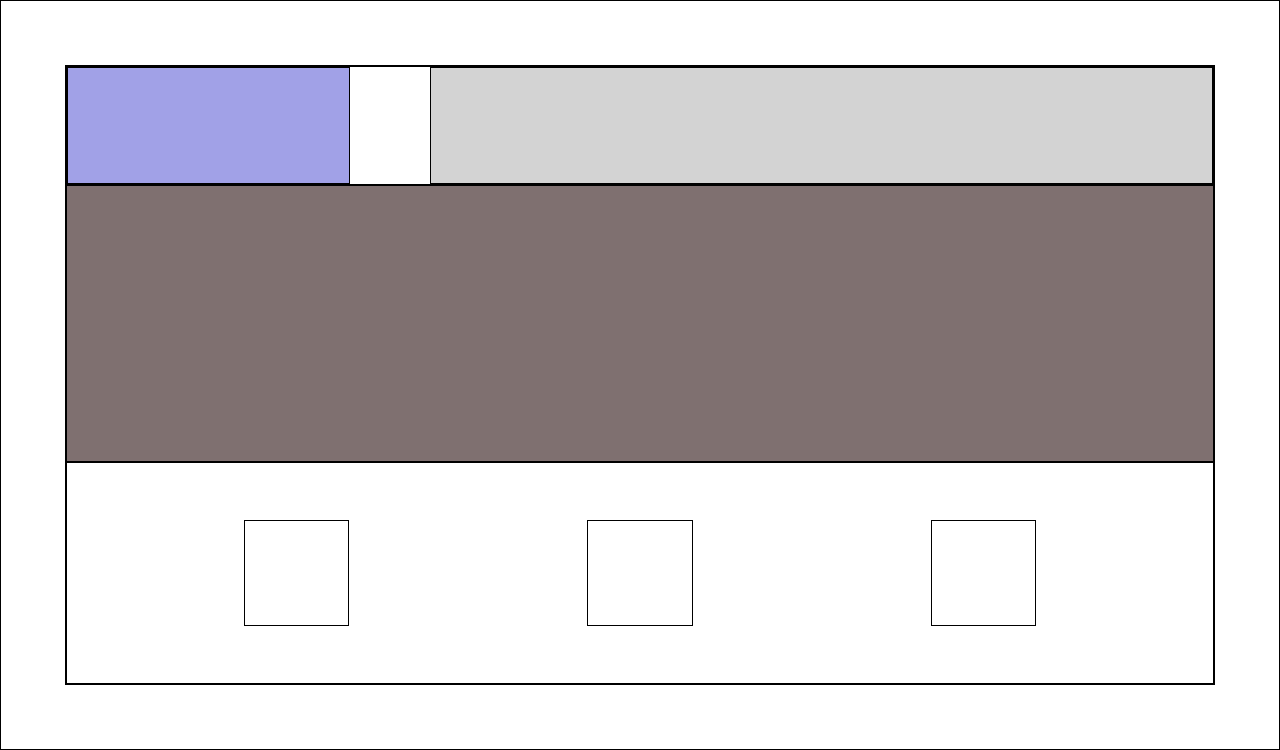
Repository: punitbathija/Placement-Assitance-iNeuron
Page: responsive-web-design.html
An editor plug-in stored every save of this project. The page is shown before and after the next save, followed by the edit.
The browser window is 1280 px wide. The pictures show the whole page.

Above is the page before, as saved 2023-05-23 13:39:33.

### responsive-web-design.html
<!DOCTYPE html>
<html lang="en">
  <head>
    <meta charset="UTF-8" />
    <meta http-equiv="X-UA-Compatible" content="IE=edge" />
    <meta name="viewport" content="width=device-width, initial-scale=1.0" />
    <title>Document</title>
  </head>
  <link rel="stylesheet" href="responsive-web-design.css" />
  <body>
    <main class="main">
      <nav class="nav">
        <div class="left"></div>
        <div class="right"></div>
      </nav>
      <section class="hero"></section>
      <section class="slidebar">
        <img class="image" />
        <img class="image" />
        <img class="image" />
      </section>
    </main>
  </body>
</html>

### responsive-web-design.css
body{
    padding: 0;
    margin: 0;
    border: 0;
}
*{
    padding: 5%;
    border: 1px solid black;
}

.main{
    padding: 0;
}

.nav{
    padding: 0%;
    display: flex;
    gap: 5em;
    padding: 0;
}

.left{
    flex: 1;
    background-color: rgb(161, 161, 231);
}

.right{
    flex: 4;
    background-color: lightgray;
}

.hero{
    padding: 12%;
    background-color: rgb(127, 112, 112);
}

.slidebar{
    display: flex;
    flex-wrap: wrap;
    justify-content: space-around;
}

After the next save:
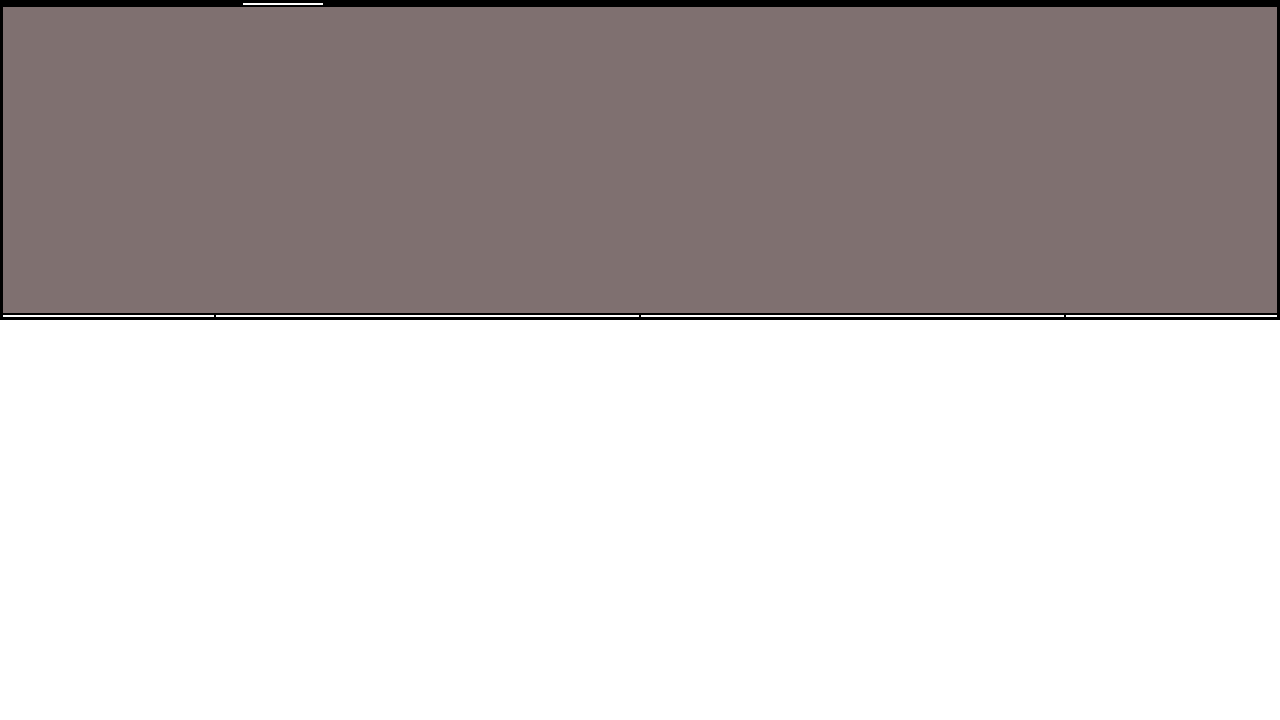
Saved 12 s later.
--- a/responsive-web-design.css
+++ b/responsive-web-design.css
@@ -4,7 +4,6 @@
     border: 0;
 }
 *{
-    padding: 5%;
     border: 1px solid black;
 }
 

After the save that followed:
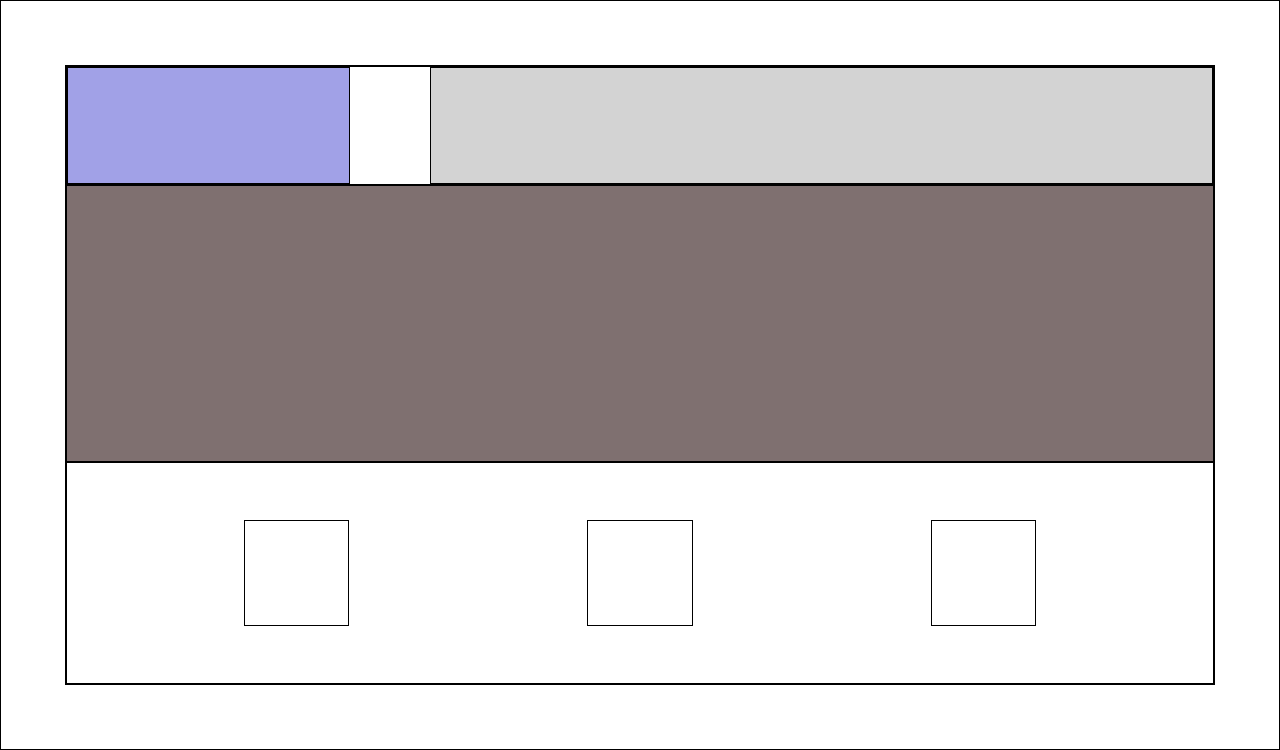
Saved 4 s later.
--- a/responsive-web-design.css
+++ b/responsive-web-design.css
@@ -4,6 +4,7 @@
     border: 0;
 }
 *{
+    padding: 5%;
     border: 1px solid black;
 }
 
